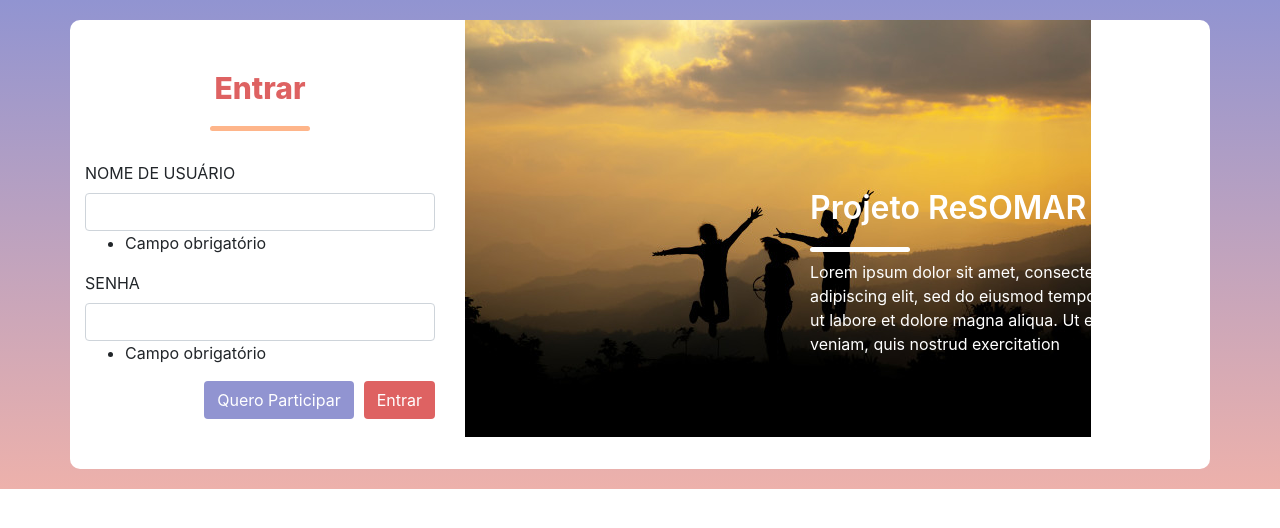
Repository: juniorSchulz17/reSOMAR
Page: Resomar/WebContent/View/login/login.html
An editor plug-in stored every save of this project. The page is shown before and after the next save, followed by the edit.
The browser window is 1280 px wide. The pictures show the whole page.

Above is the page before, as saved 2018-12-11 22:36:51.
Console error: TypeError: Cannot read properties of undefined (reading 'fn')

After the next save:
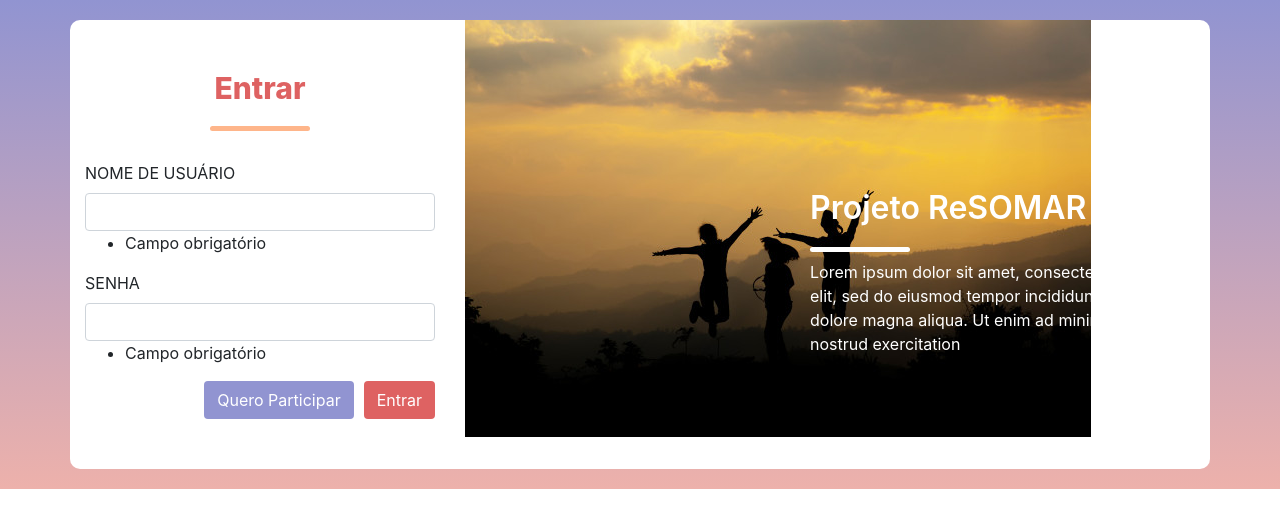
Saved 13 s later.
--- a/Resomar/WebContent/View/login/login.css
+++ b/Resomar/WebContent/View/login/login.css
@@ -29,7 +29,7 @@ border-radius: 10px;
 border-radius: 0 10px 10px 0;
 }
 
-div.col-md-4.banner-sec {
+div.col-md-8.banner-sec {
 	padding-right: 0 !important;
 }
 
